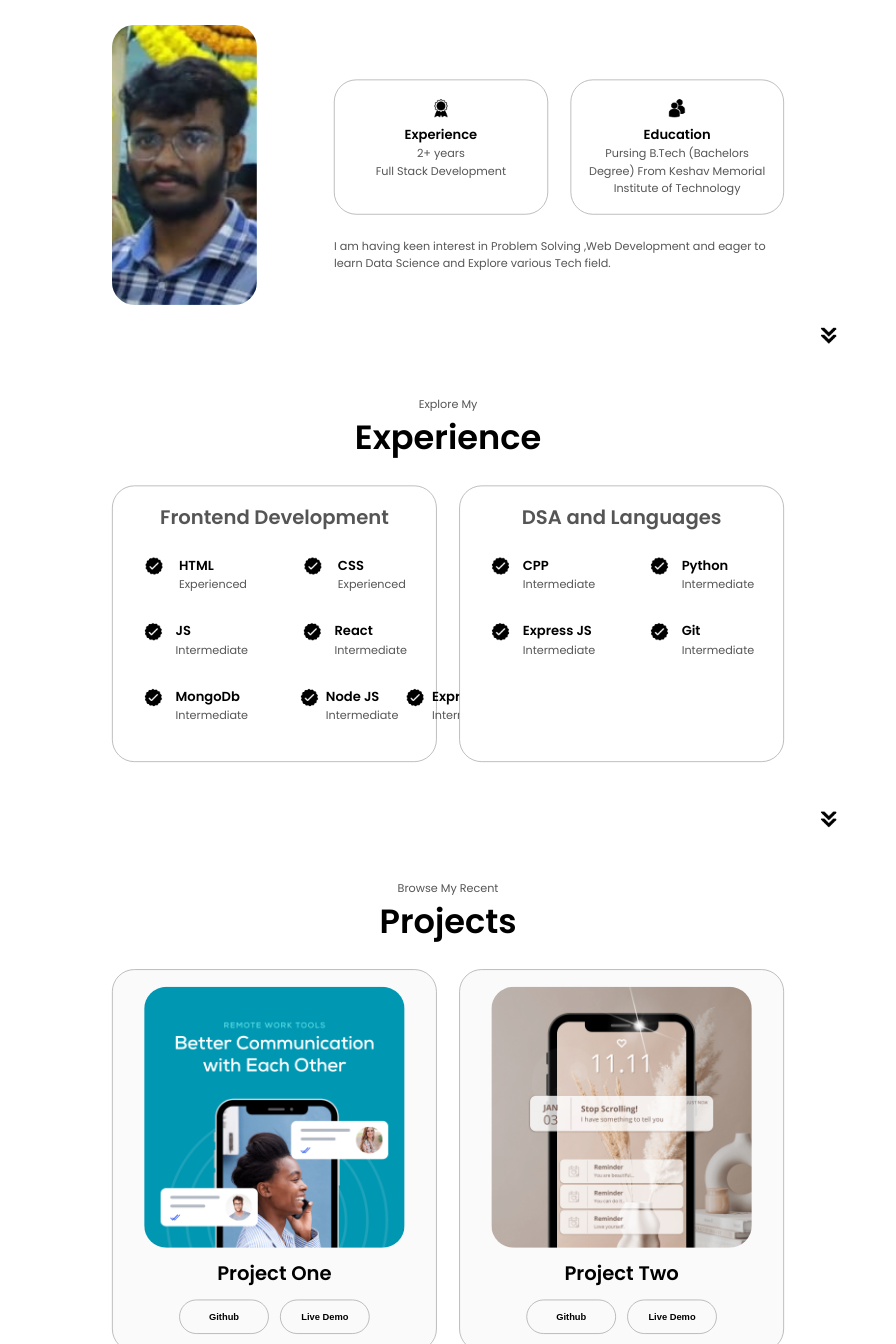
Repository: ARUN-YERRAM/ARUN-YERRAM-PORTFOLIO
Page: portfolio/index.html
An editor plug-in stored every save of this project. The page is shown before and after the next save, followed by the edit.
The browser window is 1280 px wide. The pictures show the part of the page from y = 971 to 2891 px (the page is 4425 px tall), at 70% of full size.

Above is the page before, as saved 2024-07-07 04:04:45.

### portfolio/index.html
<!DOCTYPE html>
<html lang="en">
  <head>
    <meta charset="UTF-8" />
    <meta http-equiv="X-UA-Compatible" content="IE=edge" />
    <meta name="viewport" content="width=device-width, initial-scale=1.0" />
    <title>My Portfolio</title>
    <link rel="stylesheet" href="style.css" />
    <link rel="stylesheet" href="mediaqueries.css" />
  </head>
  <body>
    <nav id="desktop-nav">
      <div class="logo">ARUN YERRAM</div>
      <div>
        <ul class="nav-links">
          <li><a href="#about">About</a></li>
          <li><a href="#experience">Experience</a></li>
          <li><a href="#projects">Projects</a></li>
          <li><a href="#contact">Contact</a></li>
        </ul>
      </div>
    </nav>
    <nav id="hamburger-nav">
      <div class="logo">ARUN YERRAM</div>
      <div class="hamburger-menu">
        <div class="hamburger-icon" onclick="toggleMenu()">
          <span></span>
          <span></span>
          <span></span>
        </div>
        <div class="menu-links">
          <li><a href="#about" onclick="toggleMenu()">About</a></li>
          <li><a href="#experience" onclick="toggleMenu()">Experience</a></li>
          <li><a href="#projects" onclick="toggleMenu()">Projects</a></li>
          <li><a href="#contact" onclick="toggleMenu()">Contact</a></li>
        </div>
      </div>
    </nav>
    <section id="profile">
      <div class="section__pic-container">
        <img src="./assets/profile-pic.png" alt="John Doe profile picture" />
      </div>
      <div class="section__text">
        <p class="section__text__p1">Hello, I'm</p>
        <h1 class="title">ARUN YERRAM</h1>
        <p class="section__text__p2">Frontend Developer</p>
        <div class="btn-container">
          <button
            class="btn btn-color-2"
            onclick="window.open('./assets/resume-example.pdf')"
          >
            Download CV
          </button>
          <button class="btn btn-color-1" onclick="location.href='./#contact'">
            Contact Info
          </button>
        </div>
        <div id="socials-container">
          <img
            src="./assets/linkedin.png"
            alt="My LinkedIn profile"
            class="icon"
            onclick="window.open('https://www.linkedin.com/in/arun-yerram/','_blank')"
          />
          <img
            src="./assets/github.png"
            alt="My Github profile"
            class="icon"
            onclick="location.href='https://github.com/ARUN-YERRAM?tab=repositories'"
          />
        </div>
      </div>
    </section>
    <section id="about">
      <p class="section__text__p1">Get To Know More</p>
      <h1 class="title">About Me</h1>
      <div class="section-container">
        <div class="section__pic-container">
          <img
            src="./assets/Photo1.jpg"
            alt="Profile picture"
            class="about-pic"
          />
        </div>
        <div class="about-details-container">
          <div class="about-containers">
            <div class="details-container">
              <img
                src="./assets/experience.png"
                alt="Experience icon"
                class="icon"
              />
              <h3>Experience</h3>
              <p>2+ years <br />Full Stack Development</p>
            </div>
            <div class="details-container">
              <img
                src="./assets/education.png"
                alt="Education icon"
                class="icon"
              />
              <h3>Education</h3>
              <p>Pursing B.Tech (Bachelors Degree) From Keshav Memorial Institute of Technology <br /></p>
            </div>
          </div>
          <div class="text-container">
            <p>
              I am having keen interest in Problem Solving ,Web Development and eager to learn Data Science and Explore various Tech field.
            </p>
          </div>
        </div>
      </div>
      <img
        src="./assets/arrow.png"
        alt="Arrow icon"
        class="icon arrow"
        onclick="location.href='./#experience'"
      />
    </section>
    <section id="experience">
      <p class="section__text__p1">Explore My</p>
      <h1 class="title">Experience</h1>
      <div class="experience-details-container">
        <div class="about-containers">
          <div class="details-container">
            <h2 class="experience-sub-title">Frontend Development</h2>
            <div class="article-container">
              <article>
                <img
                  src="./assets/checkmark.png"
                  alt="Experience icon"
                  class="icon"
                />
                <div>
                  <h3>HTML</h3>
                  <p>Experienced</p>
                </div>
              </article>
              <article>
                <img
                  src="./assets/checkmark.png"
                  alt="Experience icon"
                  class="icon"
                />
                <div>
                  <h3>CSS</h3>
                  <p>Experienced</p>
                </div>
              </article>
              <article>
                <img
                  src="./assets/checkmark.png"
                  alt="Experience icon"
                  class="icon"
                />
                <div>
                  <h3>JS</h3>
                  <p>Intermediate</p>
                </div>
              </article>
              <article>
                <img
                  src="./assets/checkmark.png"
                  alt="Experience icon"
                  class="icon"
                />
                <div>
                  <h3>React</h3>
                  <p>Intermediate</p>
                </div>
              </article>
              <article>
                <img
                  src="./assets/checkmark.png"
                  alt="Experience icon"
                  class="icon"
                />
                <div>
                  <h3>MongoDb</h3>
                  <p>Intermediate</p>
                </div>
              </article>
              <article>
                <article>
                  <img
                    src="./assets/checkmark.png"
                    alt="Experience icon"
                    class="icon"
                  />
                  <div>
                    <h3>Node JS</h3>
                    <p>Intermediate</p>
                  </div>
                </article>

                <article>
                  <img
                    src="./assets/checkmark.png"
                    alt="Experience icon"
                    class="icon"
                  />
                  <div>
                    <h3>Express JS</h3>
                    <p>Intermediate</p>
                  </div>
                </article>
                <article>
                <article>
                <img
                  src="./assets/checkmark.png"
                  alt="Experience icon"
                  class="icon"
                />
                <div>
                  <h3>Git && Github</h3>
                  <p>Intermediate</p>
                </div>
              </article>
            </div>
          </div>
          <div class="details-container">
            <h2 class="experience-sub-title">DSA and Languages</h2>
            <div class="article-container">
              <article>
                <img
                  src="./assets/checkmark.png"
                  alt="Experience icon"
                  class="icon"
                />
                <div>
                  <h3>CPP</h3>
                  <p>Intermediate</p>
                </div>
              </article>
              <article>
                <img
                  src="./assets/checkmark.png"
                  alt="Experience icon"
                  class="icon"
                />
                <div>
                  <h3>Python</h3>
                  <p>Intermediate</p>
                </div>
              </article>
              <article>
                <img
                  src="./assets/checkmark.png"
                  alt="Experience icon"
                  class="icon"
                />
                <div>
                  <h3>Express JS</h3>
                  <p>Intermediate</p>
                </div>
              </article>
              <article>
                <img
                  src="./assets/checkmark.png"
                  alt="Experience icon"
                  class="icon"
                />
                <div>
                  <h3>Git</h3>
                  <p>Intermediate</p>
                </div>
              </article>
            </div>
          </div>
        </div>
      </div>
      <img
        src="./assets/arrow.png"
        alt="Arrow icon"
        class="icon arrow"
        onclick="location.href='./#projects'"
      />
    </section>
    <section id="projects">
      <p class="section__text__p1">Browse My Recent</p>
      <h1 class="title">Projects</h1>
      <div class="experience-details-container">
        <div class="about-containers">
          <div class="details-container color-container">
            <div class="article-container">
              <img
                src="./assets/project-1.png"
                alt="Project 1"
                class="project-img"
              />
            </div>
            <h2 class="experience-sub-title project-title">Project One</h2>
            <div class="btn-container">
              <button
                class="btn btn-color-2 project-btn"
                onclick="location.href='https://github.com/'"
              >
                Github
              </button>
              <button
                class="btn btn-color-2 project-btn"
                onclick="location.href='https://github.com/'"
              >
                Live Demo
              </button>
            </div>
          </div>
          <div class="details-container color-container">
            <div class="article-container">
              <img
                src="./assets/project-2.png"
                alt="Project 2"
                class="project-img"
              />
            </div>
            <h2 class="experience-sub-title project-title">Project Two</h2>
            <div class="btn-container">
              <button
                class="btn btn-color-2 project-btn"
                onclick="location.href='https://github.com/'"
              >
                Github
              </button>
              <button
                class="btn btn-color-2 project-btn"
                onclick="location.href='https://github.com/'"
              >
                Live Demo
              </button>
            </div>
          </div>
          <div class="details-container color-container">
            <div class="article-container">
              <img
                src="./assets/project-3.png"
                alt="Project 3"
                class="project-img"
              />
            </div>
            <h2 class="experience-sub-title project-title">Project Three</h2>
            <div class="btn-container">
              <button
                class="btn btn-color-2 project-btn"
                onclick="location.href='https://github.com/'"
              >
                Github
              </button>
              <button
                class="btn btn-color-2 project-btn"
                onclick="location.href='https://github.com/'"
              >
                Live Demo
              </button>
            </div>
          </div>
        </div>
      </div>
      <img
        src="./assets/arrow.png"
        alt="Arrow icon"
        class="icon arrow"
        onclick="location.href='./#contact'"
      />
    </section>
    <section id="contact">
      <p class="section__text__p1">Get in Touch</p>
      <h1 class="title">Contact Me</h1>
      <div class="contact-info-upper-container">
        <div class="contact-info-container">
          <img
            src="./assets/email.png"
            alt="Email icon"
            class="icon contact-icon email-icon"
          />
          <p><a href="mailto:examplemail@gmail.com">Example@gmail.com</a></p>
        </div>
        <div class="contact-info-container">
          <img
            src="./assets/linkedin.png"
            alt="LinkedIn icon"
            class="icon contact-icon"
          />
          <p><a href="https://www.linkedin.com">LinkedIn</a></p>
        </div>
      </div>
    </section>
    <footer>
      <nav>
        <div class="nav-links-container">
          <ul class="nav-links">
            <li><a href="#about">About</a></li>
            <li><a href="#experience">Experience</a></li>
            <li><a href="#projects">Projects</a></li>
            <li><a href="#contact">Contact</a></li>
          </ul>
        </div>
      </nav>
      <p>Copyright &#169; 2023 John Doe. All Rights Reserved.</p>
    </footer>
    <script src="script.js"></script>
  </body>
</html>

### portfolio/style.css
/* GENERAL */

@import url("https://fonts.googleapis.com/css2?family=Poppins:wght@300;400;500;600&display=swap");

* {
  margin: 0;
  padding: 0;
}

body {
  font-family: "Poppins", sans-serif;
}

html {
  scroll-behavior: smooth;
}

p {
  color: rgb(85, 85, 85);
}

/* TRANSITION */

a,
.btn {
  transition: all 300ms ease;
}

/* DESKTOP NAV */

nav,
.nav-links {
  display: flex;
}

nav {
  justify-content: space-around;
  align-items: center;
  height: 17vh;
}

.nav-links {
  gap: 2rem;
  list-style: none;
  font-size: 1.5rem;
}

a {
  color: black;
  text-decoration: none;
  text-decoration-color: white;
}

a:hover {
  color: grey;
  text-decoration: underline;
  text-underline-offset: 1rem;
  text-decoration-color: rgb(181, 181, 181);
}

.logo {
  font-size: 2rem;
}

.logo:hover {
  cursor: default;
}

/* HAMBURGER MENU */

#hamburger-nav {
  display: none;
}

.hamburger-menu {
  position: relative;
  display: inline-block;
}

.hamburger-icon {
  display: flex;
  flex-direction: column;
  justify-content: space-between;
  height: 24px;
  width: 30px;
  cursor: pointer;
}

.hamburger-icon span {
  width: 100%;
  height: 2px;
  background-color: black;
  transition: all 0.3 ease-in-out;
}

.menu-links {
  position: absolute;
  top: 100%;
  right: 0;
  background-color: white;
  width: fit-content;
  max-height: 0;
  overflow: hidden;
  transition: all 0.3 ease-in-out;
}

.menu-links a {
  display: block;
  padding: 10px;
  text-align: center;
  font-size: 1.5rem;
  color: black;
  text-decoration: none;
  transition: all 0.3 ease-in-out;
}

.menu-links li {
  list-style: none;
}

.menu-links.open {
  max-height: 300px;
}

.hamburger-icon.open span:first-child {
  transform: rotate(45deg) translate(10px, 5px);
}

.hamburger-icon.open span:nth-child(2) {
  opacity: 0;
}

.hamburger-icon.open span:last-child {
  transform: rotate(-45deg) translate(10px, -5px);
}

.hamburger-icon span:first-child {
  transform: none;
}

.hamburger-icon span:first-child {
  opacity: 1;
}

.hamburger-icon span:first-child {
  transform: none;
}

/* SECTIONS */

section {
  padding-top: 4vh;
  height: 96vh;
  margin: 0 10rem;
  box-sizing: border-box;
  min-height: fit-content;
}

.section-container {
  display: flex;
}

/* PROFILE SECTION */

#profile {
  display: flex;
  justify-content: center;
  gap: 5rem;
  height: 80vh;
}

.section__pic-container {
  display: flex;
  height: 400px;
  width: 400px;
  margin: auto 0;
}

.section__text {
  align-self: center;
  text-align: center;
}

.section__text p {
  font-weight: 600;
}

.section__text__p1 {
  text-align: center;
}

.section__text__p2 {
  font-size: 1.75rem;
  margin-bottom: 1rem;
}

.title {
  font-size: 3rem;
  text-align: center;
}

#socials-container {
  display: flex;
  justify-content: center;
  margin-top: 1rem;
  gap: 1rem;
}

/* ICONS */

.icon {
  cursor: pointer;
  height: 2rem;
}

/* BUTTONS */

.btn-container {
  display: flex;
  justify-content: center;
  gap: 1rem;
}

.btn {
  font-weight: 600;
  transition: all 300ms ease;
  padding: 1rem;
  width: 8rem;
  border-radius: 2rem;
}

.btn-color-1,
.btn-color-2 {
  border: rgb(53, 53, 53) 0.1rem solid;
}

.btn-color-1:hover,
.btn-color-2:hover {
  cursor: pointer;
}

.btn-color-1,
.btn-color-2:hover {
  background: rgb(53, 53, 53);
  color: white;
}

.btn-color-1:hover {
  background: rgb(0, 0, 0);
}

.btn-color-2 {
  background: none;
}

.btn-color-2:hover {
  border: rgb(255, 255, 255) 0.1rem solid;
}

.btn-container {
  gap: 1rem;
}

/* ABOUT SECTION */

#about {
  position: relative;
}

.about-containers {
  gap: 2rem;
  margin-bottom: 2rem;
  margin-top: 2rem;
}

.about-details-container {
  justify-content: center;
  flex-direction: column;
}

.about-containers,
.about-details-container {
  display: flex;
}

.about-pic {
  border-radius: 2rem;
}

.arrow {
  position: absolute;
  right: -5rem;
  bottom: 2.5rem;
}

.details-container {
  padding: 1.5rem;
  flex: 1;
  background: white;
  border-radius: 2rem;
  border: rgb(53, 53, 53) 0.1rem solid;
  border-color: rgb(163, 163, 163);
  text-align: center;
}

.section-container {
  gap: 4rem;
  height: 80%;
}

.section__pic-container {
  height: 400px;
  width: 400px;
  margin: auto 0;
}

/* EXPERIENCE SECTION */

#experience {
  position: relative;
}

.experience-sub-title {
  color: rgb(85, 85, 85);
  font-weight: 600;
  font-size: 1.75rem;
  margin-bottom: 2rem;
}

.experience-details-container {
  display: flex;
  justify-content: center;
  flex-direction: column;
}

.article-container {
  display: flex;
  text-align: initial;
  flex-wrap: wrap;
  flex-direction: row;
  gap: 2.5rem;
  justify-content: space-around;
}

article {
  display: flex;
  width: 10rem;
  justify-content: space-around;
  gap: 0.5rem;
}

article .icon {
  cursor: default;
}

/* PROJECTS SECTION */

#projects {
  position: relative;
}

.color-container {
  border-color: rgb(163, 163, 163);
  background: rgb(250, 250, 250);
}

.project-img {
  border-radius: 2rem;
  width: 90%;
  height: 90%;
}

.project-title {
  margin: 1rem;
  color: black;
}

.project-btn {
  color: black;
  border-color: rgb(163, 163, 163);
}

/* CONTACT */

#contact {
  display: flex;
  justify-content: center;
  flex-direction: column;
  height: 70vh;
}

.contact-info-upper-container {
  display: flex;
  justify-content: center;
  border-radius: 2rem;
  border: rgb(53, 53, 53) 0.1rem solid;
  border-color: rgb(163, 163, 163);
  background: (250, 250, 250);
  margin: 2rem auto;
  padding: 0.5rem;
}

.contact-info-container {
  display: flex;
  align-items: center;
  justify-content: center;
  gap: 0.5rem;
  margin: 1rem;
}

.contact-info-container p {
  font-size: larger;
}

.contact-icon {
  cursor: default;
}

.email-icon {
  height: 2.5rem;
}

/* FOOTER SECTION */

footer {
  height: 26vh;
  margin: 0 1rem;
}

footer p {
  text-align: center;
}

### portfolio/mediaqueries.css
@media screen and (max-width: 1400px) {
  #profile {
    height: 83vh;
    margin-bottom: 6rem;
  }
  .about-containers {
    flex-wrap: wrap;
  }
  #contact,
  #projects {
    height: fit-content;
  }
}

@media screen and (max-width: 1200px) {
  #desktop-nav {
    display: none;
  }
  #hamburger-nav {
    display: flex;
  }
  #experience,
  .experience-details-container {
    margin-top: 2rem;
  }
  #profile,
  .section-container {
    display: block;
  }
  .arrow {
    display: none;
  }
  section,
  .section-container {
    height: fit-content;
  }
  section {
    margin: 0 5%;
  }
  .section__pic-container {
    width: 275px;
    height: 275px;
    margin: 0 auto 2rem;
  }
  .about-containers {
    margin-top: 0;
  }
}

@media screen and (max-width: 600px) {
  #contact,
  footer {
    height: 40vh;
  }
  #profile {
    height: 83vh;
    margin-bottom: 0;
  }
  article {
    font-size: 1rem;
  }
  footer nav {
    height: fit-content;
    margin-bottom: 2rem;
  }
  .about-containers,
  .contact-info-upper-container,
  .btn-container {
    flex-wrap: wrap;
  }
  .contact-info-container {
    margin: 0;
  }
  .contact-info-container p,
  .nav-links li a {
    font-size: 1rem;
  }
  .experience-sub-title {
    font-size: 1.25rem;
  }
  .logo {
    font-size: 1.5rem;
  }
  .nav-links {
    flex-direction: column;
    gap: 0.5rem;
    text-align: center;
  }
  .section__pic-container {
    width: auto;
    height: 46vw;
    justify-content: center;
  }
  .section__text__p2 {
    font-size: 1.25rem;
  }
  .title {
    font-size: 2rem;
  }
  .text-container {
    text-align: justify;
  }
}

Loaded but not shown: portfolio/script.js (common file)

After the next save:
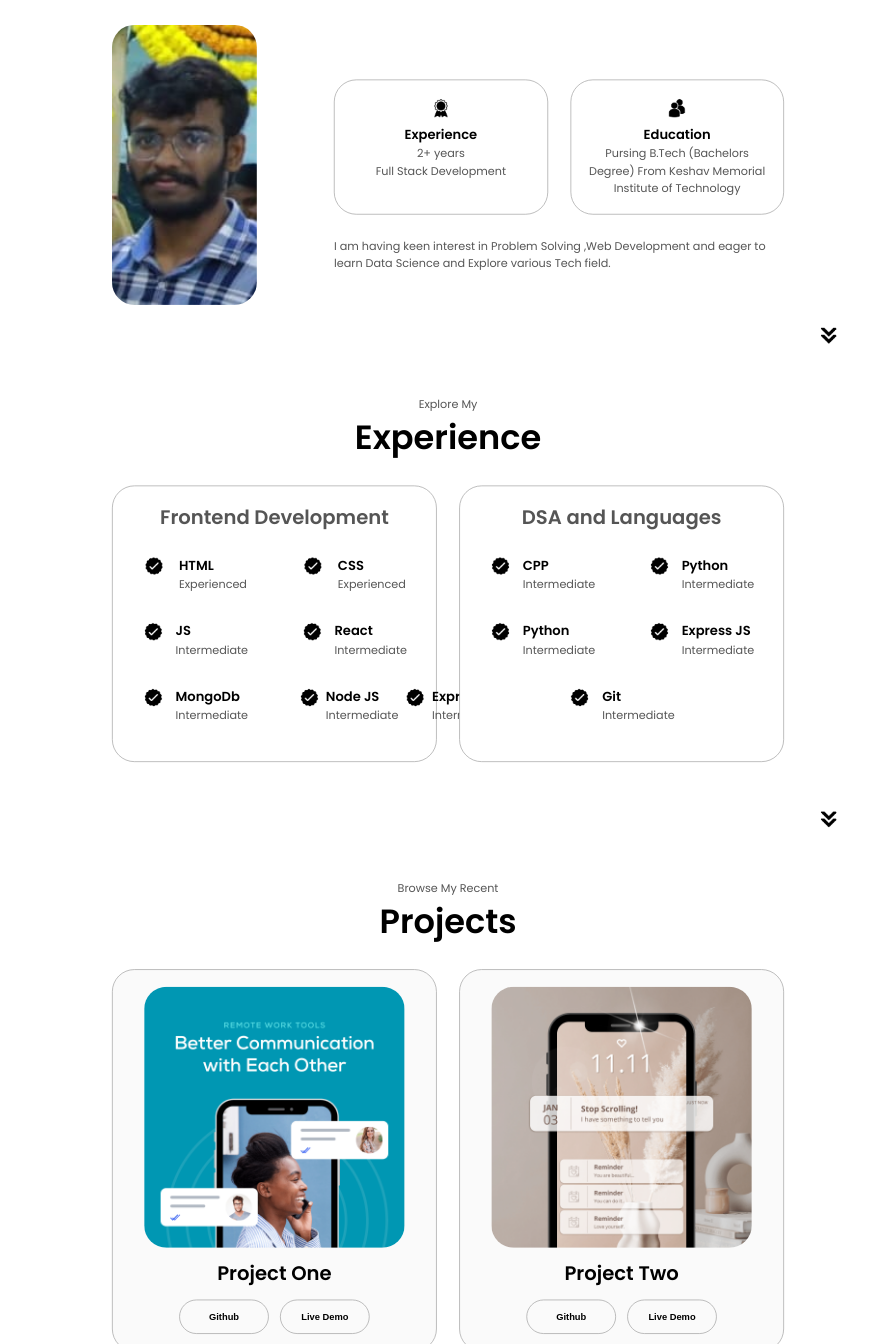
Saved 8 s later.
--- a/portfolio/index.html
+++ b/portfolio/index.html
@@ -243,6 +243,18 @@
                   <p>Intermediate</p>
                 </div>
               </article>
+
+              <article>
+                <img
+                  src="./assets/checkmark.png"
+                  alt="Experience icon"
+                  class="icon"
+                />
+                <div>
+                  <h3>Python</h3>
+                  <p>Intermediate</p>
+                </div>
+              </article>
               <article>
                 <img
                   src="./assets/checkmark.png"
